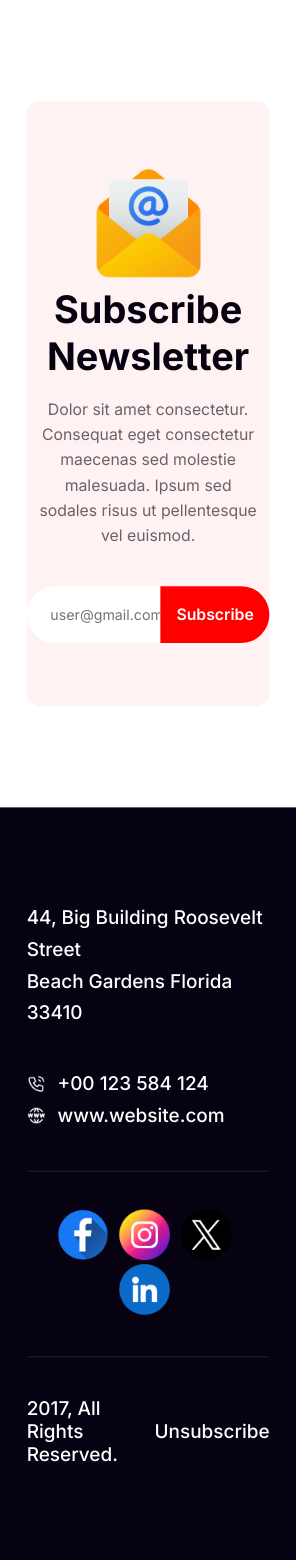
Repository: ShouravAhammed/simple-responsive-new-year
Page: index.html
An editor plug-in stored every save of this project. The page is shown before and after the next save, followed by the edit.
The browser window is 375 px wide. The pictures show the whole page, at 79% of full size.

Above is the page before, as saved 2024-01-11 15:28:46.

### index.html
<!DOCTYPE html>
<html lang="en">
<head>
    <meta charset="UTF-8">
    <meta name="viewport" content="width=device-width, initial-scale=1.0">
    <!-- Title  -->
    <title>New Year 2024</title>
    <!-- favicon icon linked -->
    <link rel="shortcut icon" href="images/New Year Photo.png" type="image/x-icon">
    <!-- style css linked-->
    <link rel="stylesheet" href="Style/style.css">
</head>
<body>
    <!-- header part  -->
    <header class="hide">
        <!-- banner section part -->
        <section id="banner">
            <div class="container">
                <div class="banner-container">
                    <div class="banner-content">
                        <h3 class="celebration">Happy New Year</h3>
                        <h2 class="banner-title">New Year Party Celebration</h2>
                    </div>
                </div>
            </div>
        </section>
    </header>
    <!-- main part -->
    <main>
        <!-- categories section part  -->
            <section id="categories " class="hide">
                <div class="container">
                    <div class="categories-container">
                        <h2 class="categories-discount">65% OFF</h2>
                        <p class="primary-summery">OUR HOLIDAY DEALS ARE BETTER</p>
                        <h3 class="categories-title">ALL CATEGORIES</h3>
                        <div class="categories-img">
                            <img id="new-year-img" src="images/New Year Photo.png" alt="Happy New Year">
                        </div>
                    </div>
                </div>
            </section>

            <!-- party-banner section part -->
            <section id="party-banner" class="hide">
                <div class="container">
                    <div class="party-container">
                        <div class="party-content">
                            <h2 class="party-title">Welcome to midnight party</h2>
                            <p class="party-description">Dolor sit amet consectetur. Consequat eget consectetur maecenas sed molestie malesuada. Ipsum sed sodales risus ut pellentesque vel euismod. </p>
                            <button id="join-now-btn">JOIN NOW</button>
                        </div>
                        <img class="party-img" src="images/icon/Group 70.png" alt="party-img">
                    </div>
                </div>
            </section>
            <!-- Announce section part -->
            <section id="announce" class="hide">
                <div class="container">
                    <div class="announce-content">
                        <h4 class="announce-title"><span class="title-color">Place:</span> New Park Hotel</h4>
                        <h4 class="announce-title"><span class="title-color">Date:</span> 31 December Night 2023</h4>
                        <h4 class="announce-title"><span class="title-color">Time:</span> Evening 7.30 pm to 12.30 am</h4>
                        <button class="announce-btn">Join Now</button>
                    </div>
                </div>
            </section>
            <!-- best offer section part -->
            <section id="best-offer" class="hide">
                <div class="container">
                    <div class="best-offer-container">
                        <div class="best-offer-content">
                            <p class="primary-summery">NEW BEST OFFER</p>
                            <h3 class="similer-title">Coming Soon</h3>
                            <p class="similer-description">Dolor sit amet consectetur. Consequat eget consectetur maecenas sed molestie malesuada. Ipsum sed sodales risus ut pellentesque vel euismod. </p>
                        </div>
                        <div class="best-offer-img-content">

                                <img class="best-offer-img" src="images/Ellipse 1.png" alt="best-offer-images">

                        </div>
                        <div class="best-offer-year-content">
                            <h3 class="best-offer-year">2024</h3>
                            <p class="best-offer-description">Dolor sit amet consectetur. Consequat eget consectetur maecenas sed.</p>
                            <img class="best-offer-year-img" src="images/icon/Group 96.png" alt="best-offer-year-img">
                        </div>
                    </div>
                </div>
            </section>
            <!-- holiday section part  -->
            <section id="holiday" class="hide">
                <div class="container">
                    <div class="holiday-container">
                        <div class="holiday-content">
                            <p class="primary-summery">WHAT IS FUNCTIONAL</p>
                        <h3 class="similer-title"><span class="title-color">Holidays</span> Sale 50%</h3>
                        <p class="similer-description">Dolor sit amet consectetur. Consequat eget consectetur maecenas sed molestie malesuada. Ipsum sed
                            sodales risus ut pellentesque vel euismod. Eleifend nunc purus quam id
                            fermentum amet amet sit consectetur.</p>
                        </div>
                        <div class="holiday-back-img">
                            <div class="holiday-gift-content">
                                <img src="images/icon/Group 75.png" alt="">
                            </div>
                            <div class="holiday-discount-content">
                                <img src="images/icon/Group 44.png" alt="">
                            </div>
                        </div>
                        <div class="holiday-bottom">
                            <img src="images/Rectangle 2.png" alt="">
                        </div>
                    </div>
                </div>
            </section>
            <!-- Portfolio section part -->

            <section id="portfolio" class="hide">
                <div class="container">
                    <div class="portfolio-container">
                        <div class="portfolio-box">
                            <p class="primary-summery">THE BEST GIFTS</p>
                            <h3 class="similer-title">Our Awesome Portfolio</h3>
                            <p class="similer-description description-padd">Dolor sit amet consectetur. Consequat eget consectetur maecenas sed molestie malesuada. Ipsum sed sodales risus ut pellentesque vel euismod. </p>
                        </div>
                            <div class="portfolio-content">
                                <img class="portfolio-img" src="images/Portfolio images/Rectangle 3.png" alt="">
                                <img class="portfolio-img" src="images/Portfolio images/Rectangle 4.png" alt="">
                                <img class="portfolio-img" src="images/Portfolio images/Rectangle 5.png" alt="">
                            </div>
                            <div class="portfolio-content">
                                <img class="portfolio-img" src="images/Portfolio images/Rectangle 6.png" alt="">
                                <img class="portfolio-img" src="images/Portfolio images/Rectangle 7.png" alt="">
                                <img class="portfolio-img" src="images/Portfolio images/Rectangle 8.png" alt="">
                            </div>
                        </div>
                    </div>
            </section>
            <!-- newsletter section part -->
            <section id="newsletter">
                <div class="container">
                    <div class="news-container">
                        <div class="news-content">
                            <img src="images/icon/Group 61.png" alt="">
                            <h3 class="similer-title">Subscribe Newsletter</h3>
                            <p class="similer-description description-mar">Dolor sit amet consectetur. Consequat eget consectetur maecenas sed molestie malesuada. Ipsum sed sodales risus ut pellentesque vel euismod. </p>
                            <form class="form" action="">
                                <input type="email" placeholder="user@gmail.com" alt="email" id="">
                                <button class="subscribe-btn">Subscribe</button>
                            </form>
                        </div>

                    </div>
                </div>
            </section>
    </main>
    <!--  footer part -->
    <footer>
        <section id="footer">
            <div class="container">
                <div class="footer-describe-part line-color">
                    <div class="footer-address">
                        <p class="address-similer">44, Big Building Roosevelt Street</p>
                        <p class="address-similer">Beach Gardens Florida 33410</p>
                    </div>
                    <div class="footer-address">
                        <div class="call-icon">
                            <img src="images/icon/Call.png" alt="">
                            <a class="address-similer">+00 123 584 124</a>
                        </div>
                        <div class="website-icon">
                            <img src="images/icon/Website.png" alt="">
                            <a class="address-similer">www.website.com</a>
                        </div>
                    </div>
                </div>

                <div class="footer-social line-color">
                    <a href=""><img src="images/icon/Facebook.png" alt=""></a>
                    <a href=""><img src="images/icon/Instagram.png" alt=""></a>
                    <a href=""><img src="images/icon/Twitter.png" alt=""></a>
                    <a href=""><img src="images/icon/Linkedin.png" alt=""></a>
                </div>

                <div class="reserved">
                    <p>2017, All Rights Reserved.</p>
                    <p>Unsubscribe</p>
                </div>
            </div>
        </section>
    </footer>
</body>
</html>

### Style/style.css
/* import google fonts */
@import url('https://fonts.googleapis.com/css2?family=Inter:wght@100;200;300;400;500;600;700;800;900&family=Merriweather:ital,wght@0,300;0,400;0,700;0,900;1,300;1,400;1,700;1,900&display=swap');

*{
    margin: 0;
    padding: 0;
    outline: 0;
}

.container{
    width: 82%;
    margin: 0 auto;
}
/* primary content */
.primary-summery{
    font-family: Inter;
    font-size: 24px;
    font-style: normal;
    font-weight: 500;
    color: #F00;
    line-height: normal;
}
/* title-color */
.title-color{
    color: #F00;
}
/* banner section related css style */
#banner{
    margin-top: 30px;
}
.banner-container{
    background-image: linear-gradient(180deg, #070211 0%, rgba(7, 2, 17, 0.00) 100%), url(../images/Banner\ Image.png);
    background-size: cover;
    background-repeat: no-repeat;
    background-position: center;
    border-radius: 16px;
    padding: 177px 0px;
}
.banner-container .banner-content{
    width: 632px;
    margin: 0 auto;
}
.banner-container .banner-content .celebration{
    color: #FFF;
    text-align: center;
    font-family: Merriweather;
    font-size: 32px;
    font-style: normal;
    font-weight: 400;
    line-height: normal;
    margin-bottom: 16px;
    z-index: 99;
}
.banner-container .banner-content .banner-title{
    color: #FFF;
    text-align: center;
    font-family: Merriweather;
    font-size: 72px;
    font-style: normal;
    font-weight: 900;
    line-height: 95px;
}
/* categories section related css style */

#categories{
    margin: 120px 0px;
}
.categories-container{
    text-align: center;
}
.categories-container .categories-discount{
    font-family: Inter;
    font-size: 88px;
    font-style: normal;
    font-weight: 700;
    color: #F00;
    line-height: normal;
    margin-bottom: 48px;
}

.categories-title{
    font-family: Inter;
    font-size: 48px;
    font-style: normal;
    font-weight: 700;
    color: #070211;
    line-height: normal;
    margin-bottom: 48px;
}
.categories-container .categories-img{
    width: 800px;
    margin: 0 auto;
}
.categories-img #new-year-img{
    max-width: 100%;
}

/* party-banner section css style  */
#party-banner{

}
.party-container{
    background-image: linear-gradient(90deg, #070211 0%, rgba(7, 2, 17, 0.00) 100%), url(../images/Vectorrr.png);
    background-position: center;
    background-repeat: no-repeat;
    background-size: cover;
    display: flex;
    align-items: center;
    justify-content: space-between;
    border-radius: 16px;
    padding: 70px 70px;
}
.party-container .party-content{
    width: 900px;
}
.party-content .party-title{
    font-family: Merriweather;
    font-size: 64px;
    font-style: normal;
    font-weight: 900;
    color: #FFF;
    line-height: 88px;
    letter-spacing: 3px;
}
.party-content .party-description{
    font-family: Inter;
    font-size: 18px;
    font-style: normal;
    font-weight: 400;
    color: rgba(255, 255, 255, 0.80);
    line-height: 30px;
    margin-top: 20px;
}
#join-now-btn{
    font-family: Inter;
    font-size: 20px;
    font-style: normal;
    font-weight: 700;
    color: #FFF;
    background: transparent;
    line-height: normal;
    text-transform: uppercase;
    border: none;
    cursor: pointer;
    margin-top: 48px;
    margin-left: 32px;
}
.party-container .party-img{
    width: 270px;
    max-width: 100%;
}

/* Announce section css style */

#announce{
    margin: 120px 0px;
}
.announce-content{
    background: linear-gradient(180deg, rgba(255, 0, 0, 0.10) 0%, rgba(255, 0, 0, 0.00) 100%);
    padding: 100px 0;
    text-align: center;
}
.announce-content .announce-title{
    color: #070211;
    font-family: Inter;
    font-size: 32px;
    font-style: normal;
    font-weight: 600;
    line-height: 56px;
    text-transform: capitalize;
}
.announce-btn{
    font-family: Inter;
    font-size: 20px;
    font-style: normal;
    font-weight: 700;
    line-height: normal;
    color: #FFF;
    text-align: center;
    text-transform: uppercase;
    border-radius: 8px;
    background: #F00;
    padding: 16px 32px;
    border: none;
    cursor: pointer;
    transition: all ease 0.5s;
    margin-top: 48px;
}
.announce-btn:hover{
    background: #fff;
    color: #f00;
    outline: 1px solid #F00;
}
/* best-offer section style css */
#best-offer{
    margin-bottom: 128px;
}
.similer-title{
    font-family: Inter;
    font-size: 48px;
    font-style: normal;
    font-weight: 700;
    color: #070211;
    line-height: normal;
}
.similer-description{
    font-family: Inter;
    font-size: 20px;
    font-style: normal;
    font-weight: 400;
    color: rgba(7, 2, 17, 0.60);
    line-height: 32px;
    margin-top: 22px;
}
.best-offer-container{
    display: flex;
    align-items: center;
    gap: 20px;
}
.best-offer-content{
    width: 700px;
}
.best-offer-img-content{
    min-height: 350px;
    min-width: 350px;
    border: 15px solid #f00;
    border-radius: 50%;
    position: relative;
    position: relative;
}
.best-offer-img-content .best-offer-img{
    position: absolute;
    width: 270px;
    inset: 41px;
}
.best-offer-year-content .best-offer-year{
    font-family: Inter;
    font-size: 48px;
    font-style: normal;
    font-weight: 700;
    color: #F00;
    line-height: normal;
    margin-top: 65px;
}
.best-offer-year-content .best-offer-description{
    margin-top: 10px !important;

}
.best-offer-year-content{
    width: 500px;
}
.best-offer-year-content .best-offer-year-img{
    max-width: 140px;
    margin-top: 38px;
}


/*  portfolio section css style */
.portfolio-container{

}
.portfolio-container .description-padd{
    margin-bottom: 48px ;
}
.portfolio-container .portfolio-content{
    display: flex;
    align-items: center;
    justify-content: space-between;
    margin-top: 20px;
}
.portfolio-box{
    width: 896px;
}
.portfolio-container .portfolio-content .portfolio-img{
    max-width: 355px;
    transition: all ease 0.5s;
}
.portfolio-content .portfolio-img:hover{
    filter: grayscale(1);
    transform: scale(1.05);
}
/* newsletter section css style  */
#newsletter{
    margin: 128px 0px;
}
.news-container{
    border-radius: 16px;
    background: rgba(255, 0, 0, 0.05);
    padding: 80px 0px;
}
.news-content{
    width: 896px;
    margin: 0 auto;
    text-align: center;
}
.news-content img{
    width: 150px;
    height: 150px;
}
.form{
    width: 648px;
    height: 72px;
    display: flex;
    margin: 0 auto;
}
.form input{
    background: #fff;
    width: 438px;
    flex-grow: 1;
    color: rgba(7, 2, 17, 0.30);
    font-family: Inter;
    font-size: 18px;
    font-style: normal;
    font-weight: 400;
    line-height: normal;
    padding-top: 25px;
    padding-bottom: 25px;
    padding-left: 30px;
    border: none;
    border-radius: 50px 0px 0px 50px;
    outline: 1px transparent;
    transition: all ease 0.5s;
}
.form input:hover{
    outline: 1px solid #f00;
}
.form .subscribe-btn{
    color: #FFF;
    font-family: Inter;
    font-size: 20px;
    font-style: normal;
    font-weight: 600;
    line-height: normal;
    text-transform: capitalize;
    border-radius: 0px 50px 50px 0px;
    background: #F00;
    padding: 24px 56px;
    border: none;
    transition: all ease 0.5s;
}
.form .subscribe-btn:hover{
    outline: 1px solid #f00;
    background: #fff;
    color: #f00;
}
.description-mar{
    margin-bottom: 48px;
}
/* footer section part css style */

#footer{
    background: #070211;
    padding: 120px 0;
}
.line-color{
    border-bottom: 1px solid rgba(255, 255, 255, 0.15);
}
.footer-describe-part{
    display: flex;
    justify-content: space-between;
}
.footer-address{
    margin-bottom: 50px;
}
.footer-address .address-similer {
    color: #FFF;
    font-family: Inter;
    font-size: 24px;
    font-style: normal;
    font-weight: 500;
    line-height: 40px;
    text-decoration: none;
    cursor: pointer;
}
.call-icon, .website-icon{
    display: flex;
    align-items: center;
}
.call-icon img, .website-icon img{
    width: 24px;
    margin-right: 15px;
}

.footer-social{
    text-align: center;
    padding: 48px 0;
}
.footer-social a{
    width: 64px;
    margin-right: 24px;
}
.footer-social a:hover{
    filter: grayscale(1);
}

.reserved{
    display: flex;
    justify-content: space-between;
    align-items: center;
    margin-top: 50px;
}
.reserved p{
    color: #FFF;
    font-family: Inter;
    font-size: 24px;
    font-style: normal;
    font-weight: 500;
    line-height: normal;
}



/* holiday section css style */
#holiday{
    margin-bottom: 128px;
}
.holiday-container{
    text-align: center;
}
.holiday-container .holiday-content{
    width: 920px;
    margin: 0 auto;
}
.holiday-back-img{
    display: flex;
    align-items: center;
    margin-top: 48px;
    background-image: url(../images/Rectangle\ 1.png);
    background-repeat: no-repeat;
    background-size: contain;
    height: 60vh;
    background-position: bottom right;
}
.holiday-back-img .holiday-gift-content {
    width: 600px;
    position: relative;
    bottom: -110px;
    left: 50px;
}
.holiday-back-img .holiday-gift-content img{
    max-width: 100%;
}
.holiday-back-img .holiday-discount-content{
    width: 250px;
}
.holiday-back-img .holiday-discount-content img{
    max-width: 100%;
}
.holiday-bottom img{
    width: 100%;
}


/* responsive */
.hide{
    display: none;
}
@media screen and (max-width: 576px){
    .news-content {
        width: 100%;
    }
    .similer-description {
        padding: 0px 10px;
    }
    .form, .form input {
        width:  100%;
    }
    .form .subscribe-btn {
        padding: 24px 20px;
    }
    .footer-describe-part {
        flex-direction: column;
    }
    .footer-social a {
        margin-right: 10px;
    }
}

After the next save:
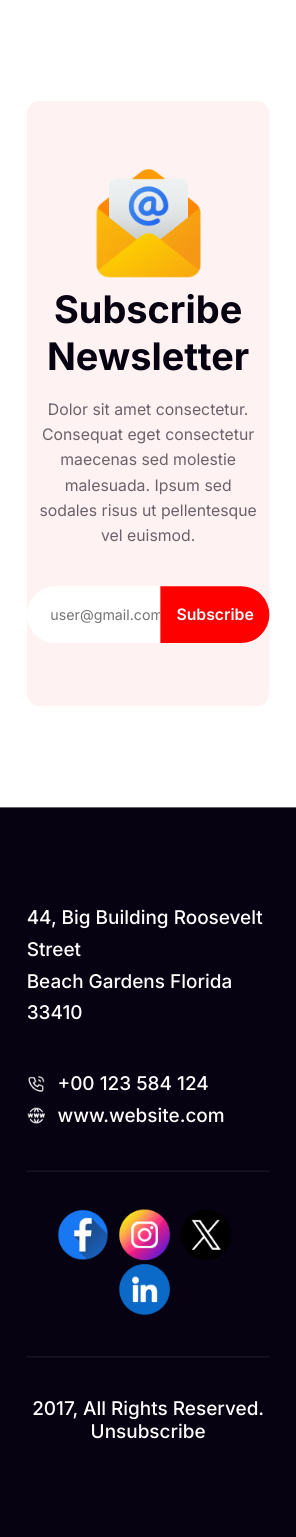
Saved 81 s later.
--- a/Style/style.css
+++ b/Style/style.css
@@ -474,4 +474,8 @@
     .footer-social a {
         margin-right: 10px;
     }
-}
+    .reserved {
+        margin-top: 50px;
+        flex-direction: column;
+    }
+}
